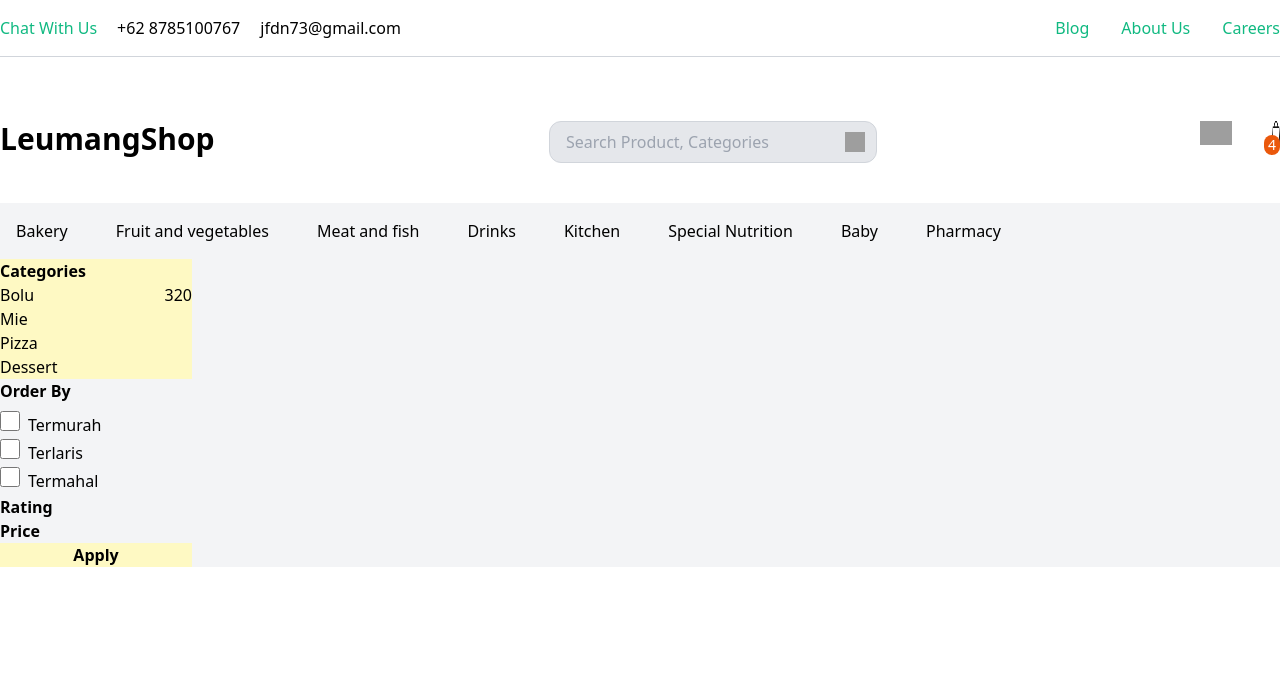
Repository: jafetdn73/ecommerce-tailwind
Page: /
An editor plug-in stored every save of this project. The page is shown before and after the next save, followed by the edit.
The browser window is 1280 px wide. The pictures show the whole page.
Pictures or frames that could not be fetched are drawn as grey boxes. The project was rebuilt for these pictures with package versions that can differ from the ones it lists, and the page was loaded fresh each time. Also part of the build but not shown: src/App.css.

Above is the page before, as saved 2022-03-13 12:51:57.

After the next save:
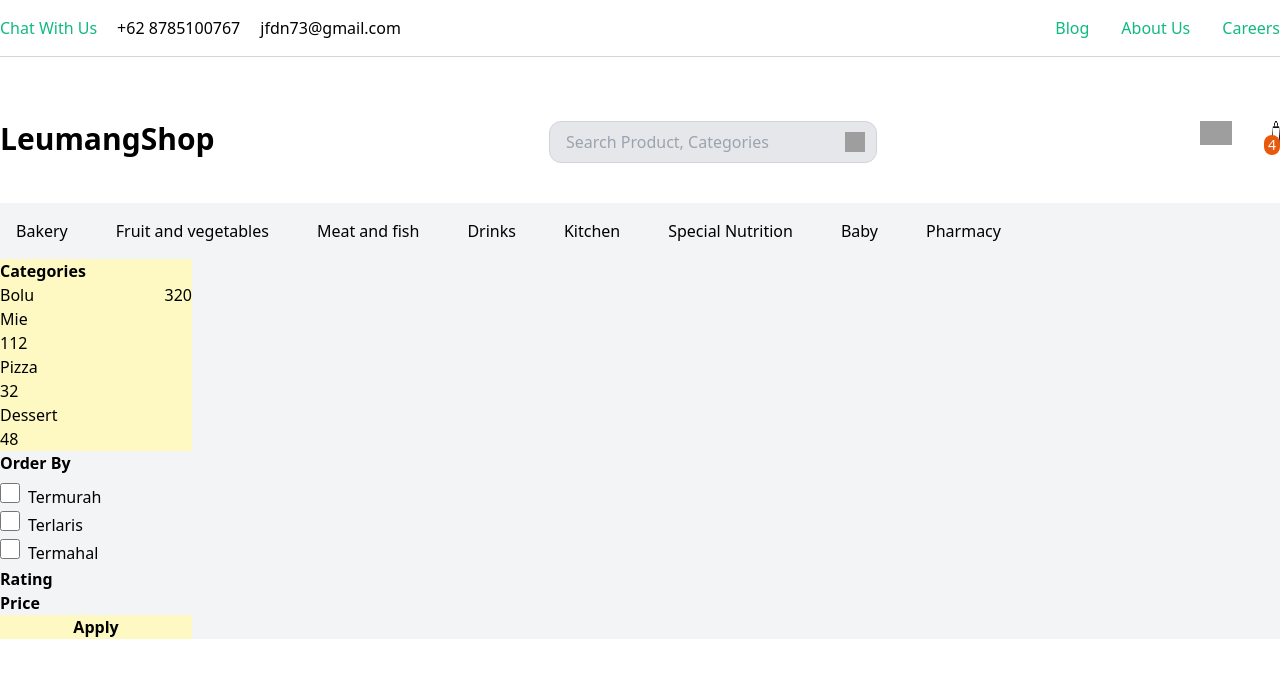
Saved 53 s later.
--- a/src/App.js
+++ b/src/App.js
@@ -59,9 +59,9 @@
             <h1 className="font-bold text-base">Categories</h1>
             <ul>
               <div className="flex justify-between"><li>Bolu</li><label>320</label></div>
-              <div><li>Mie</li></div>
-              <div><li>Pizza</li></div>
-              <div><li>Dessert</li></div>
+              <div><li>Mie</li><label>112</label></div>
+              <div><li>Pizza</li><label>32</label></div>
+              <div><li>Dessert</li><label>48</label></div>
             </ul>
           </div>
           <div className="bg-gray-100 flex flex-col">

After the save that followed:
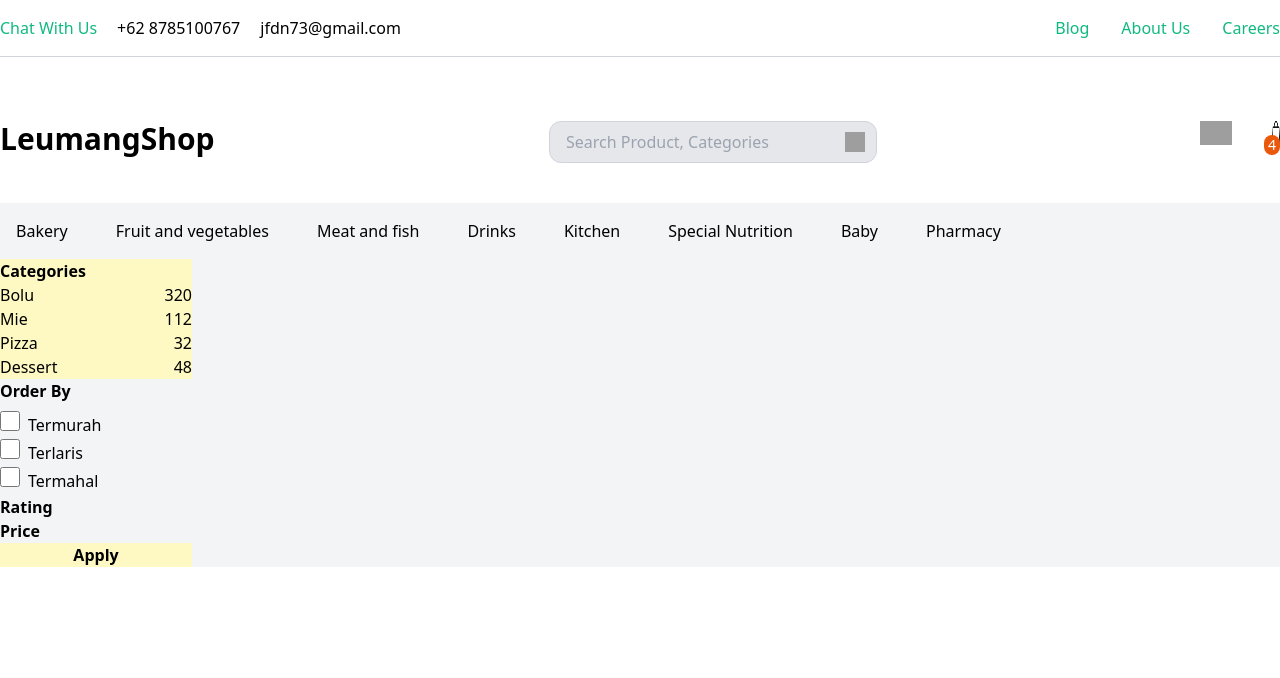
Saved 58 s later.
--- a/src/App.js
+++ b/src/App.js
@@ -59,9 +59,9 @@
             <h1 className="font-bold text-base">Categories</h1>
             <ul>
               <div className="flex justify-between"><li>Bolu</li><label>320</label></div>
-              <div><li>Mie</li><label>112</label></div>
-              <div><li>Pizza</li><label>32</label></div>
-              <div><li>Dessert</li><label>48</label></div>
+              <div className="flex justify-between"><li>Mie</li><label>112</label></div>
+              <div className="flex justify-between"><li>Pizza</li><label>32</label></div>
+              <div className="flex justify-between"><li>Dessert</li><label>48</label></div>
             </ul>
           </div>
           <div className="bg-gray-100 flex flex-col">
